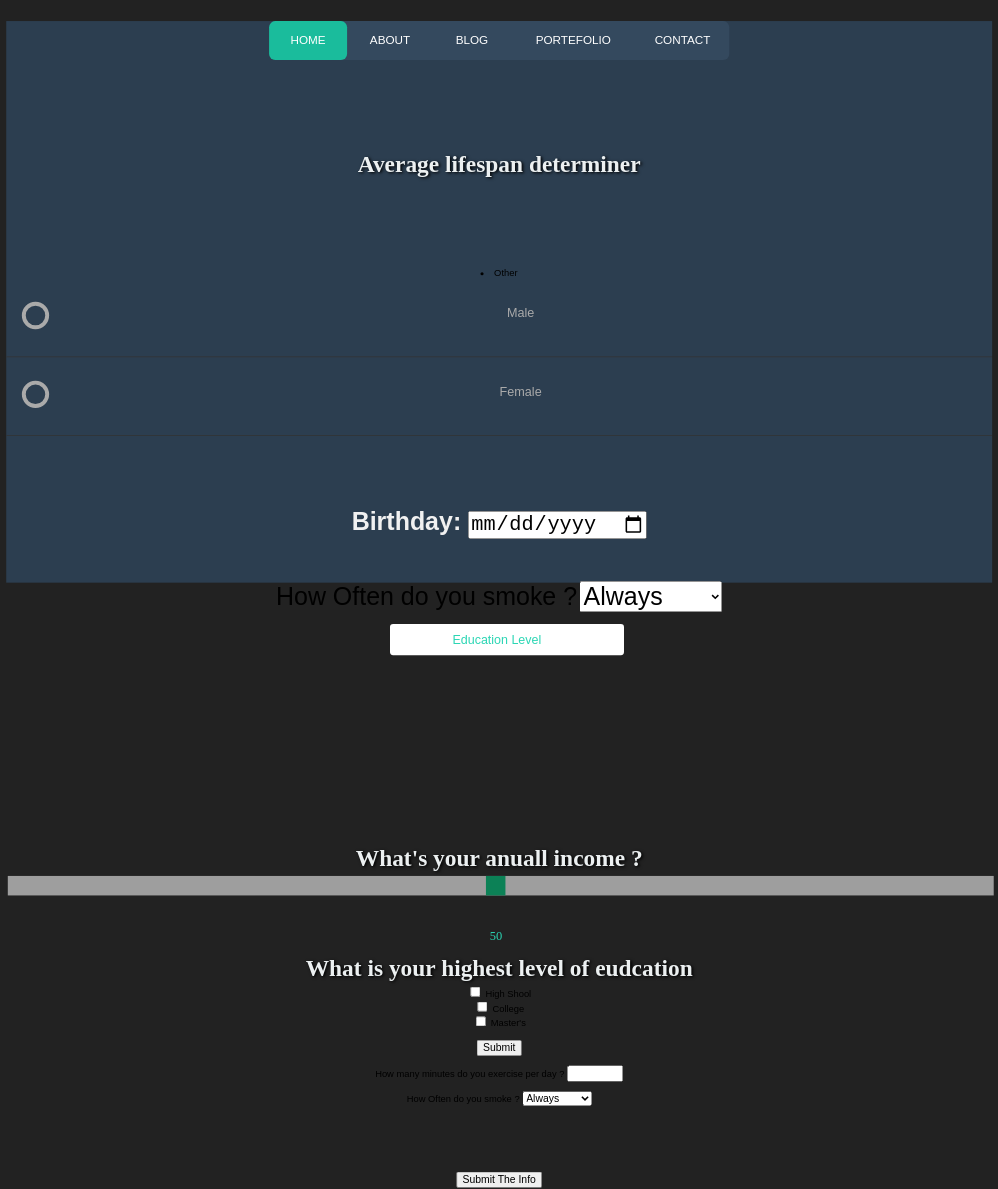
Repository: navid-amini12/capstone-1
Page: wordgame.html
These files come from the project's save history. The page is drawn as it stood at one moment and after the next save; the edit follows.
The browser window is 1280 px wide. The pictures show the whole page, at 78% of full size.

Above is the page before, as saved 2022-06-02 10:43:15.

### wordgame.html


  <link rel="stylesheet" type="text/css" href="Life.css">






<!-- NAVATION STARTING  -->

<nav class ="mynavigation">
  <a href="#">Home</a>
  <a href="#">About</a>
  <a href="#">Blog</a>
  <a href="#">Portefolio</a>
  <a href="#">Contact</a>
  <div class="animation start-home"></div>
</nav>
  <!-- NAVIGATION ENDING -->
  <br><br><br><br><br><br><br><br>

    <h1>Average lifespan determiner</h1>

    <br><br><br><br><br><br><br><br>

      <div class = "container90">
        <li>
          <input type="radio" id="s-option" name="selector">
          <label for="s-option">Other</label>

          <div class="check"><div class="inside"></div></div>
        </li>
          <ul>
          <li>
            <input type="radio" id="s-option" name="selector">
            <label for="s-option">Male</label>

            <div class="check"><div class="inside"></div></div>
          </li>

          <li>
            <input type="radio" id="t-option" name="selector">
            <label for="t-option">Female</label>

            <div class="check"><div class="inside"></div></div>
          </li>


        </ul>
   </div>



   <br> <br> <br>


  <div class = "left"><form action="/action_page.php">
    <label style=" color: #f1f1f1; font-weight: bold; font-size: xx-large;" for="birthday">Birthday: </label>
    <input style = "font-size: xx-large" ;  type="date" id="birthday" name="birthday">

  </form>
 <br> <br> <br>
<label style = "font-size: xx-large" ;   for="cars">How Often do you smoke ?</label>

<select style = "font-size: xx-large" ;    id="questions">
<option value="volvo">Always</option>
<option value="saab">Often</option>
<option value="opel">Sometimes</option>
<option value="audi">Rarely</option>
<option value="audi">Never</option>
</select>
<br><br><br><br><br>












<span class = "optiondesign">
  <form id="app-cover">
  <div id="select-box">
    <input type="checkbox" id="options-view-button">
    <div id="select-button" class="brd">
      <div id="selected-value">
        <span>Education Level</span>
      </div>
      <div id="chevrons">
        <i class="fas fa-chevron-up"></i>
        <i class="fas fa-chevron-down"></i>
      </div>
    </div>
    <div id="options">
      <div class="option">
        <input class="s-c top" type="radio" name="platform" value="codepen">
        <input class="s-c bottom" type="radio" name="platform" value="codepen">
        <i class="fab fa-codepen"></i>
        <span class="label">CodePen</span>
        <span class="opt-val">CodePen</span>
      </div>
      <div class="option">
        <input class="s-c top" type="radio" name="platform" value="dribbble">
        <input class="s-c bottom" type="radio" name="platform" value="dribbble">
        <i class="fab fa-dribbble"></i>
        <span class="label">Dribbble</span>
        <span class="opt-val">Dribbble</span>
      </div>
      <div class="option">
        <input class="s-c top" type="radio" name="platform" value="behance">
        <input class="s-c bottom" type="radio" name="platform" value="behance">
        <i class="fab fa-behance"></i>
        <span class="label">Behance</span>
        <span class="opt-val">Behance</span>
      </div>
      <div class="option">
        <input class="s-c top" type="radio" name="platform" value="hackerrank">
        <input class="s-c bottom" type="radio" name="platform" value="hackerrank">
        <i class="fab fa-hackerrank"></i>
        <span class="label">HackerRank</span>
        <span class="opt-val">HackerRank</span>
      </div>
      <div class="option">
        <input class="s-c top" type="radio" name="platform" value="stackoverflow">
        <input class="s-c bottom" type="radio" name="platform" value="stackoverflow">
        <i class="fab fa-stack-overflow"></i>
        <span class="label">StackOverflow</span>
        <span class="opt-val">StackOverflow</span>
      </div>
      <div class="option">
        <input class="s-c top" type="radio" name="platform" value="freecodecamp">
        <input class="s-c bottom" type="radio" name="platform" value="freecodecamp">
        <i class="fab fa-free-code-camp"></i>
        <span class="label">FreeCodeCamp</span>
        <span class="opt-val">FreeCodeCamp</span>
      </div>
      <div id="option-bg"></div>
    </div>
  </div>
</form>



</span>

















<br><br><br><br><br><br><br><br><br><br><br><br><br><br><br><br><br>
<h1>What's your anuall income ?</h1>

<div class="slidecontainer">
  <input type="range" min="1" max="100" value="50" class="slider" id="myRange">
  <p> <span id="demo"></span></p>
</div>

<br><br><br><br><br>


<h1>What is your highest level of eudcation</h1>

<form id = "checkbox1">
<input type="checkbox" id="vehicle1" name="vehicle1" value="Bike">
<label for="vehicle1"> High Shool</label><br>
<input type="checkbox" id="vehicle2" name="vehicle2" value="Car">
<label for="vehicle2"> College</label><br>
<input type="checkbox" id="vehicle3" name="vehicle3" value="Boat">
<label for="vehicle3"> Master's</label><br><br>
<input type="submit" value="Submit">
</form>

<form>
  <label for="quantity">How many minutes do you exercise per day ? </label>
  <input type="number" id="quantity" name="quantity" min="0" max="1000">
</form>




<label for="cars">How Often do you smoke ?</label>

<select id="myquestions">
<option value="always">Always</option>
<option value="often">Often</option>
<option value="sometimes">Sometimes</option>
<option value="rarely">Rarely</option>
<option value="never">Never</option>
</select>
<br>
<br>
<br>
<br>


<br>
<br>
<br>
<button id = "submitInfo">Submit The Info</button></div>





<!-- <input id = "submitInfo" type="button" value = "Submit Info" onclick="alert('Submitting INfo');" /></div> -->

  </div>



  <!-- <input id = "submitInfo" type="button" value = "Submit Info" onclick="alert('Submitting INfo');" /> -->


















  <body class="container">
    <ul id="people" class=""></ul>


    <script src="https://unpkg.com/axios/dist/axios.min.js"></script>
    <script>

      document.getElementById("submitInfo").onclick = function () {
        axios
          .get("http://localhost:4000/api/users")
          .then(function (response) {
            var e = document.getElementById("myquestions");
            var strUser = e.options[e.selectedIndex].text;


            var x = document.getElementById("vehicle1").value;





var slider = document.getElementById("myRange");
    var output = document.getElementById("demo");
    output.innerHTML = slider.value;

    slider.oninput = function() {
      output.innerHTML = this.value;
    }


     if (strUser == "Never") {

         alert(x)



       alert( document.getElementById("people").innerHTML = response.data[0] )

    }
          })


          .catch(function (err) {
            document.getElementById("people").innerHTML =
              '<li class="text-danger">' + err.message + "</li>";
          });
      };
    </script>




   <!-- starting js for slider value -->
   <script>
   var slider = document.getElementById("myRange");
    var output = document.getElementById("demo");
    output.innerHTML = slider.value;

    slider.oninput = function() {
      output.innerHTML = this.value;
    }
    </script>
   <!-- ending js for slider value  -->

### Life.css
#demo {
  position: relative;
  top : 525px;
  right: 12px;
}


/* starting of slider */

.slidecontainer {
  width: 100%;
}

.slider {
  -webkit-appearance: none;
  width: 100%;
  height: 25px;
  background: #d3d3d3;
  outline: none;
  opacity: 0.7;
  -webkit-transition: .2s;
  transition: opacity .2s;
}

.slider:hover {
  opacity: 1;
}

.slider::-webkit-slider-thumb {
  -webkit-appearance: none;
  appearance: none;
  width: 25px;
  height: 25px;
  background: #04AA6D;
  cursor: pointer;
}

.slider::-moz-range-thumb {
  width: 25px;
  height: 25px;
  background: #04AA6D;
  cursor: pointer;
}




/* ending of slider */

.optiondesign {



}


* {
  user-select: none;
}

*:focus {
  outline: none;
}

/* html,
body {
  height: 100%;
  min-height: 100%;
} */

/* body {
  font-family: "Segoe UI", Tahoma, Geneva, Verdana, sans-serif;
  padding-bottom: 100px;
  margin: 0;
  background-color: #ebf3f3;
} */

/* .brd {
  border: 1px solid #e2eded;
  border-color: #eaf1f1 #e4eded #dbe7e7 #e4eded;
} */

#info {
  position: absolute;
  top: 0;
  right: 0;
  left: 0;
  color: #2d3667;
  font-size: 16px;
  text-align: center;
  padding: 14px;
  background-color: #f3f9f9;
}

#app-cover {
  position: absolute;
  top: 700px;
  right: 0;
  left: 20px;
  width: 300px;
  height: 42px;
  margin: 100px auto 0 auto;
  z-index: 1;
}

#select-button {
  position: relative;
  height: 16px;
  padding: 12px 14px;
  background-color: #fff;
  border-radius: 4px;
  cursor: pointer;
}

#options-view-button {
  position: absolute;
  top: 0;
  right: 0;
  bottom: 0;
  left: 0;
  width: 100%;
  height: 100%;
  margin: 0;
  opacity: 0;
  cursor: pointer;
  z-index: 3;
}

#selected-value {
  font-size: 16px;
  line-height: 1;
  margin-right: 26px;
}

.option i {
  width: 16px;
  height: 16px;
}

.option,
.label {
  color: #2d3667;
  font-size: 16px;
}

#chevrons {
  position: absolute;
  top: 0;
  right: 0;
  bottom: 0;
  width: 12px;
  padding: 9px 14px;
}

#chevrons i {
  display: block;
  height: 50%;
  color: #d1dede;
  font-size: 12px;
  text-align: right;
}

#options-view-button:checked + #select-button #chevrons i {
  color: #2d3667;
}

.options {
  position: absolute;
  left: 0;
  width: 250px;
}

#options {
  position: absolute;
  top: 42px;
  right: 0;
  left: 0;
  width: 298px;
  margin: 0 auto;
  background-color: #fff;
  border-radius: 4px;
}

#options-view-button:checked ~ #options {
  border: 1px solid #e2eded;
  border-color: #eaf1f1 #e4eded #dbe7e7 #e4eded;
}

.option {
  position: relative;
  line-height: 1;
  transition: 0.3s ease all;
  z-index: 2;
}

.option i {
  position: absolute;
  left: 14px;
  padding: 0;
  display: none;
}

#options-view-button:checked ~ #options .option i {
  display: block;
  padding: 12px 0;
}

.label {
  display: none;
  padding: 0;
  margin-left: 27px;
}

#options-view-button:checked ~ #options .label {
  display: block;
  padding: 12px 14px;
}

.s-c {
  position: absolute;
  left: 0;
  width: 100%;
  height: 50%;
}

.s-c.top {
  top: 0;
}

.s-c.bottom {
  bottom: 0;
}

input[type="radio"] {
  position: absolute;
  right: 0;
  left: 0;
  width: 100%;
  height: 50%;
  margin: 0;
  opacity: 0;
  cursor: pointer;
}

.s-c:hover ~ i {
  color: #fff;
  opacity: 0;
}

.s-c:hover {
  height: 100%;
  z-index: 1;
}

.s-c.bottom:hover + i {
  bottom: -25px;
  animation: moveup 0.3s ease 0.1s forwards;
}

.s-c.top:hover ~ i {
  top: -25px;
  animation: movedown 0.3s ease 0.1s forwards;
}

@keyframes moveup {
  0% {
    bottom: -25px;
    opacity: 0;
  }
  100% {
    bottom: 0;
    opacity: 1;
  }
}

@keyframes movedown {
  0% {
    top: -25px;
    opacity: 0;
  }
  100% {
    top: 0;
    opacity: 1;
  }
}

.label {
  transition: 0.3s ease all;
}

.opt-val {
  position: absolute;
  left: 14px;
  width: 217px;
  height: 21px;
  opacity: 0;
  background-color: #fff;
  transform: scale(0);
}

.option input[type="radio"]:checked ~ .opt-val {
  opacity: 1;
  transform: scale(1);
}

.option input[type="radio"]:checked ~ i {
  top: 0;
  bottom: auto;
  opacity: 1;
  animation: unset;
}

.option input[type="radio"]:checked ~ i,
.option input[type="radio"]:checked ~ .label {
  color: #fff;
}

.option input[type="radio"]:checked ~ .label:before {
  content: "";
  position: absolute;
  top: 0;
  right: 0;
  bottom: 0;
  left: 0;
  z-index: -1;
}

#options-view-button:not(:checked)
  ~ #options
  .option
  input[type="radio"]:checked
  ~ .opt-val {
  top: -30px;
}

.option:nth-child(1) input[type="radio"]:checked ~ .label:before {
  background-color: #000;
  border-radius: 4px 4px 0 0;
}

.option:nth-child(1) input[type="radio"]:checked ~ .opt-val {
  top: -31px;
}

.option:nth-child(2) input[type="radio"]:checked ~ .label:before {
  background-color: #ea4c89;
}

.option:nth-child(2) input[type="radio"]:checked ~ .opt-val {
  top: -71px;
}

.option:nth-child(3) input[type="radio"]:checked ~ .label:before {
  background-color: #0057ff;
}

.option:nth-child(3) input[type="radio"]:checked ~ .opt-val {
  top: -111px;
}

.option:nth-child(4) input[type="radio"]:checked ~ .label:before {
  background-color: #32c766;
}

.option:nth-child(4) input[type="radio"]:checked ~ .opt-val {
  top: -151px;
}

.option:nth-child(5) input[type="radio"]:checked ~ .label:before {
  background-color: #f48024;
}

.option:nth-child(5) input[type="radio"]:checked ~ .opt-val {
  top: -191px;
}

.option:nth-child(6) input[type="radio"]:checked ~ .label:before {
  background-color: #006400;
  border-radius: 0 0 4px 4px;
}

.option:nth-child(6) input[type="radio"]:checked ~ .opt-val {
  top: -231px;
}

.option .fa-codepen {
  color: #000;
}

.option .fa-dribbble {
  color: #ea4c89;
}

.option .fa-behance {
  color: #0057ff;
}

.option .fa-hackerrank {
  color: #32c766;
}

.option .fa-stack-overflow {
  color: #f48024;
}

.option .fa-free-code-camp {
  color: #006400;
}

#option-bg {
  position: absolute;
  top: 0;
  right: 0;
  left: 0;
  height: 40px;
  transition: 0.3s ease all;
  z-index: 1;
  display: none;
}

#options-view-button:checked ~ #options #option-bg {
  display: block;
}

.option:hover .label {
  color: #fff;
}

.option:nth-child(1):hover ~ #option-bg {
  top: 0;
  background-color: #000;
  border-radius: 4px 4px 0 0;
}

.option:nth-child(2):hover ~ #option-bg {
  top: 40px;
  background-color: #ea4c89;
}

.option:nth-child(3):hover ~ #option-bg {
  top: 80px;
  background-color: #0057ff;
}

.option:nth-child(4):hover ~ #option-bg {
  top: 120px;
  background-color: #32c766;
}

.option:nth-child(5):hover ~ #option-bg {
  top: 160px;
  background-color: #f48024;
}

.option:nth-child(6):hover ~ #option-bg {
  top: 200px;
  background-color: #006400;
  border-radius: 0 0 4px 4px;
}







@import url('https://fonts.googleapis.com/css?family=Lato');

body, html{
  height: 100%;
  background: #222222;
	font-family: 'Lato', sans-serif;
}

.container90{
 text-align: center;
}

h2 {
	color: #AAAAAA;
}

.container ul{
  list-style: none;
  margin: 0;
  padding: 0;
	overflow: auto;
}

ul li{
  color: #AAAAAA;
  display: block;
  position: relative;
  float: left;
  width: 100%;
  height: 100px;
	border-bottom: 1px solid #333;
}

ul li input[type=radio]{
  position: absolute;
  visibility: hidden;
}

ul li label{
  display: block;
  position: relative;
  font-weight: 300;
  font-size: 1.35em;
  padding: 25px 25px 25px 80px;
  margin: 10px auto;
  height: 30px;
  z-index: 9;
  cursor: pointer;
  -webkit-transition: all 0.25s linear;
}

ul li:hover label{
	color: #FFFFFF;
}

ul li .check{
  display: block;
  position: absolute;
  border: 5px solid #AAAAAA;
  border-radius: 100%;
  height: 25px;
  width: 25px;
  top: 30px;
  left: 20px;
	z-index: 5;
	transition: border .25s linear;
	-webkit-transition: border .25s linear;
}

ul li:hover .check {
  border: 5px solid #FFFFFF;
}

ul li .check::before {
  display: block;
  position: absolute;
	content: '';
  border-radius: 100%;
  height: 15px;
  width: 15px;
  top: 5px;
	left: 5px;
  margin: auto;
	transition: background 0.25s linear;
	-webkit-transition: background 0.25s linear;
}

input[type=radio]:checked ~ .check {
  border: 5px solid #0DFF92;
}

input[type=radio]:checked ~ .check::before{
  background: #0DFF92;
}

input[type=radio]:checked ~ label{
  color: #0DFF92;
}

.signature {
	margin: 10px auto;
	padding: 10px 0;
	width: 100%;
}

.signature p{
	text-align: center;
	font-family: Helvetica, Arial, Sans-Serif;
	font-size: 0.85em;
	color: #AAAAAA;
}

.signature .much-heart{
	display: inline-block;
	position: relative;
	margin: 0 4px;
	height: 10px;
	width: 10px;
	background: #AC1D3F;
	border-radius: 4px;
	-ms-transform: rotate(45deg);
    -webkit-transform: rotate(45deg);
    transform: rotate(45deg);
}

.signature .much-heart::before,
.signature .much-heart::after {
	  display: block;
  content: '';
  position: absolute;
  margin: auto;
  height: 10px;
  width: 10px;
  border-radius: 5px;
  background: #AC1D3F;
  top: -4px;
}

.signature .much-heart::after {
	bottom: 0;
	top: auto;
	left: -4px;
}

.signature a {
	color: #AAAAAA;
	text-decoration: none;
	font-weight: bold;
}


/* Styles for alert...
by the way it is so weird when you look at your code a couple of years after you wrote it XD */

.alert {
	box-sizing: border-box;
	background-color: #BDFFE1;
	width: 100%;
	position: relative;
	top: 0;
	left: 0;
	z-index: 300;
	padding: 20px 40px;
	color: #333;
}

.alert h2 {
	font-size: 22px;
	color: #232323;
	margin-top: 0;
}

.alert p {
	line-height: 1.6em;
	font-size:18px;
}

.alert a {
	color: #232323;
	font-weight: bold;
}






/* startin of navtation css */

.left {
  margin-top: 50px;
  text-align: center;
}






nav {
  margin: 27px auto 0;

  position: relative;
  width: 590px;
  height: 50px;
  background-color: #34495e;
  border-radius: 8px;
  font-size: 0;
}
nav a {
  line-height: 50px;
  height: 100%;
  font-size: 15px;
  display: inline-block;
  position: relative;
  z-index: 1;
  text-decoration: none;
  text-transform: uppercase;
  text-align: center;
  color: white;
  cursor: pointer;
}
nav .animation {
  position: absolute;
  height: 100%;
  top: 0;
  z-index: 0;
  transition: all .5s ease 0s;
  border-radius: 8px;
}
a:nth-child(1) {
  width: 100px;
}
a:nth-child(2) {
  width: 110px;
}
a:nth-child(3) {
  width: 100px;
}
a:nth-child(4) {
  width: 160px;
}
a:nth-child(5) {
  width: 120px;
}
nav .start-home, a:nth-child(1):hover~.animation {
  width: 100px;
  left: 0;
  background-color: #1abc9c;
}
nav .start-about, a:nth-child(2):hover~.animation {
  width: 110px;
  left: 100px;
  background-color: #e74c3c;
}
nav .start-blog, a:nth-child(3):hover~.animation {
  width: 100px;
  left: 210px;
  background-color: #3498db;
}
nav .start-portefolio, a:nth-child(4):hover~.animation {
  width: 160px;
  left: 310px;
  background-color: #9b59b6;
}
nav .start-contact, a:nth-child(5):hover~.animation {
  width: 120px;
  left: 470px;
  background-color: #e67e22;
}

body {
  font-size: 12px;
  font-family: sans-serif;
  background: #2c3e50;
}
h1 {
  text-align: center;
  margin: 40px 0 40px;
  text-align: center;
  font-size: 30px;
  color: #ecf0f1;
  text-shadow: 2px 2px 4px #000000;
  font-family: 'Cherry Swash', cursive;
}

p {
    position: absolute;
    bottom: 20px;
    width: 100%;
    text-align: center;
    color: #ecf0f1;
    font-family: 'Cherry Swash',cursive;
    font-size: 16px;
}

span {
    color: #2BD6B4;
}




/* Navigation  */

/*
@import url('https://fonts.googleapis.com/css?family=Lobster&display=swap') repeat scroll 0 0 rgba(0, 0, 0 , 0);

body {
  background: #fff;
}

.title {
  font-size: 2.5rem;
  font-family: 'Lobster', cursive;
}

.container {
  animation: scroll 70s linear infinite;
  background: url("https://images.unsplash.com/photo-1465146633011-14f8e0781093?ixlib=rb-1.2.1&ixid=eyJhcHBfaWQiOjEyMDd9&auto=format&fit=crop&w=3450&q=80"), #111111;
  color: #eee;
  height: 100vh;
  min-width: 360px;
  width: 100%;
  display: flex;
  justify-content: center;
  align-items: center;
  perspective: 1000px;
  perspective-origin: 50% 50%;

}

@keyframes scroll {
   100%{
    background-position:0px -3000px;
  }
}

@media (prefers-reduced-motion) {
  .container {
    animation: scroll 200s linear infinite;
  }
}

@media (min-width: 670px) {
  .title {
    font-size: 5rem;
  }
}

#modalContainer {
  background-color:rgba(0, 0, 0, 0.3);
  position:absolute;
  top:0;
  width:100%;
  height:100%;
  left:0px;
  z-index:10000;
  background-image:url(tp.png); /* required by MSIE to prevent actions on lower z-index elements */
}

#alertBox {
  position:relative;
  width:33%;
  min-height:20%;
  max-height:35%;
  margin-top:50px;
  border:1px solid #fff;
  background-color:#fff;
  background-repeat:no-repeat;
  top:30%;
}

#modalContainer > #alertBox {
  position:fixed;
}

#alertBox h1 {
  margin:0;
  font:bold 1em Raleway,arial;
  background-color:#f97352;
  color:#FFF;
  border-bottom:1px solid #f97352;
  padding:10px 0 10px 5px;
}


#alertBox #closeBtn {
  display:block;
  position:relative;
  margin:100px auto 100px auto;
  padding:7px;
  border:0 none;
  width:70px;
  text-transform:uppercase;
  text-align:center;
  color:#FFF;
  background-color:#f97352;
  border-radius: 0px;
  text-decoration:none;
  outline:0!important;
}

/* unrelated styles */

#mContainer {
  position:relative;
  width:600px;
  margin:auto;
  padding:5px;
  border-top:2px solid #fff;
  border-bottom:2px solid #fff;
}

h1,h2 {
  margin:0;
  padding:4px;
}

code {
  font-size:1.2em;
  color:#069;
}

#credits {
  position:relative;
  margin:25px auto 0px auto;
  width:350px;
  font:0.7em verdana;
  border-top:1px solid #000;
  border-bottom:1px solid #000;
  height:90px;
  padding-top:4px;
}

#credits img {
  float:left;
  margin:5px 10px 5px 0px;
  border:1px solid #000000;
  width:80px;
  height:79px;
}

.important {
  background-color:#F5FCC8;
  padding:2px;

}

@media (max-width: 600px)
{
  #alertBox {
  position:relative;
  width:90%;
  top:30%;
}


 */

After the next save:
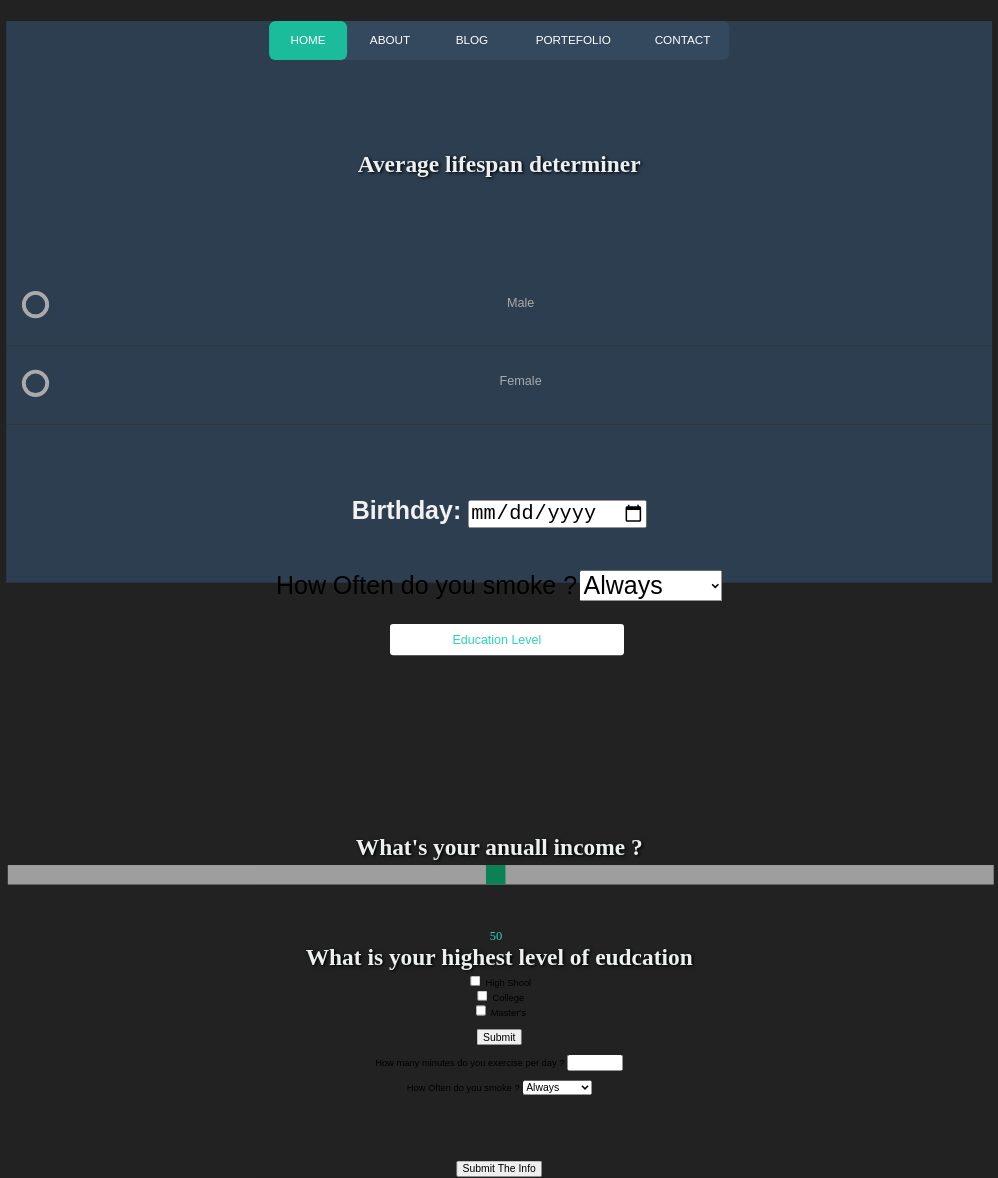
Saved 8 s later.
--- a/wordgame.html
+++ b/wordgame.html
@@ -25,12 +25,7 @@
     <br><br><br><br><br><br><br><br>
 
       <div class = "container90">
-        <li>
-          <input type="radio" id="s-option" name="selector">
-          <label for="s-option">Other</label>
-
-          <div class="check"><div class="inside"></div></div>
-        </li>
+
           <ul>
           <li>
             <input type="radio" id="s-option" name="selector">
